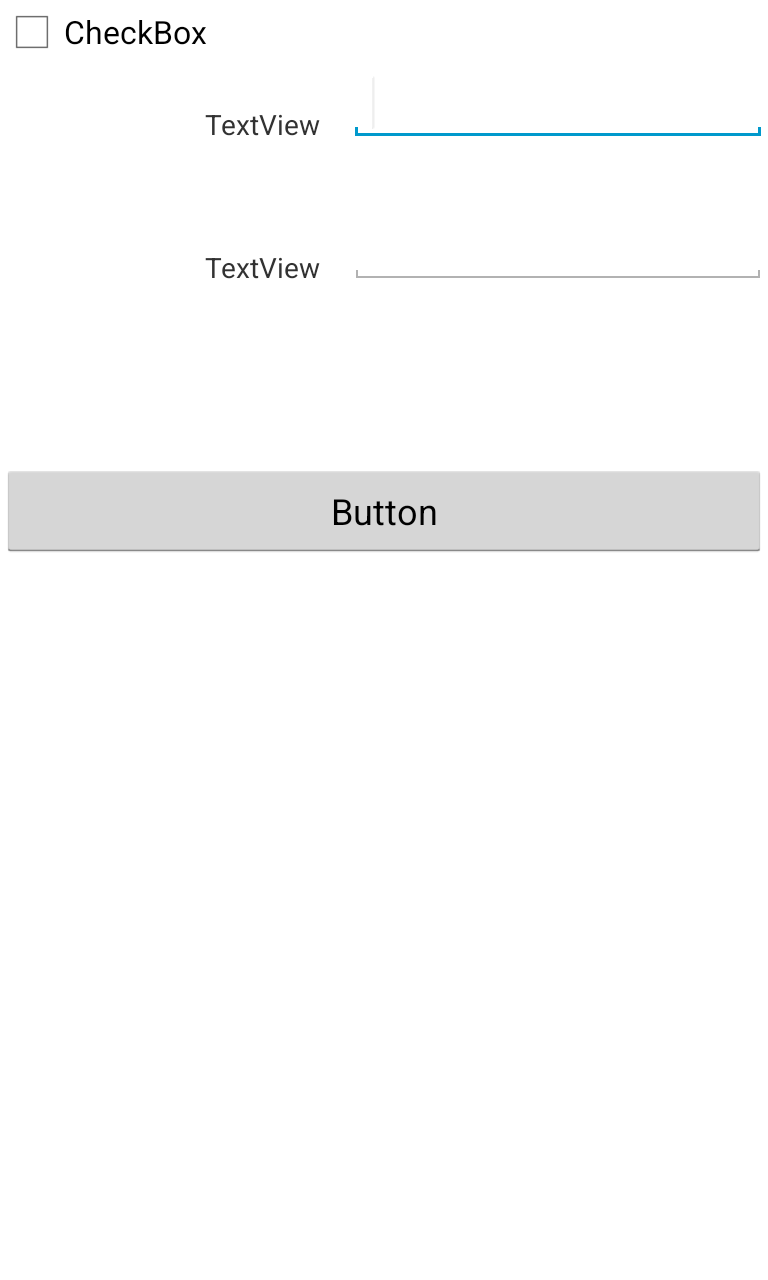
Repository: fengzixu/AndroidLearing
Layout: MyTestPrograme/AndroidDemo/res/layout/layout_save_login.xml
These files come from the project's save history. The layout is drawn as it stood at one moment and after the next save; the edit follows.
It is drawn on a 768 x 1280 px phone screen (xhdpi) without system bars, with theme AppTheme; the app's code is not run.

Above is the layout before, as saved 2015-05-06 14:23:42.

After the next save:
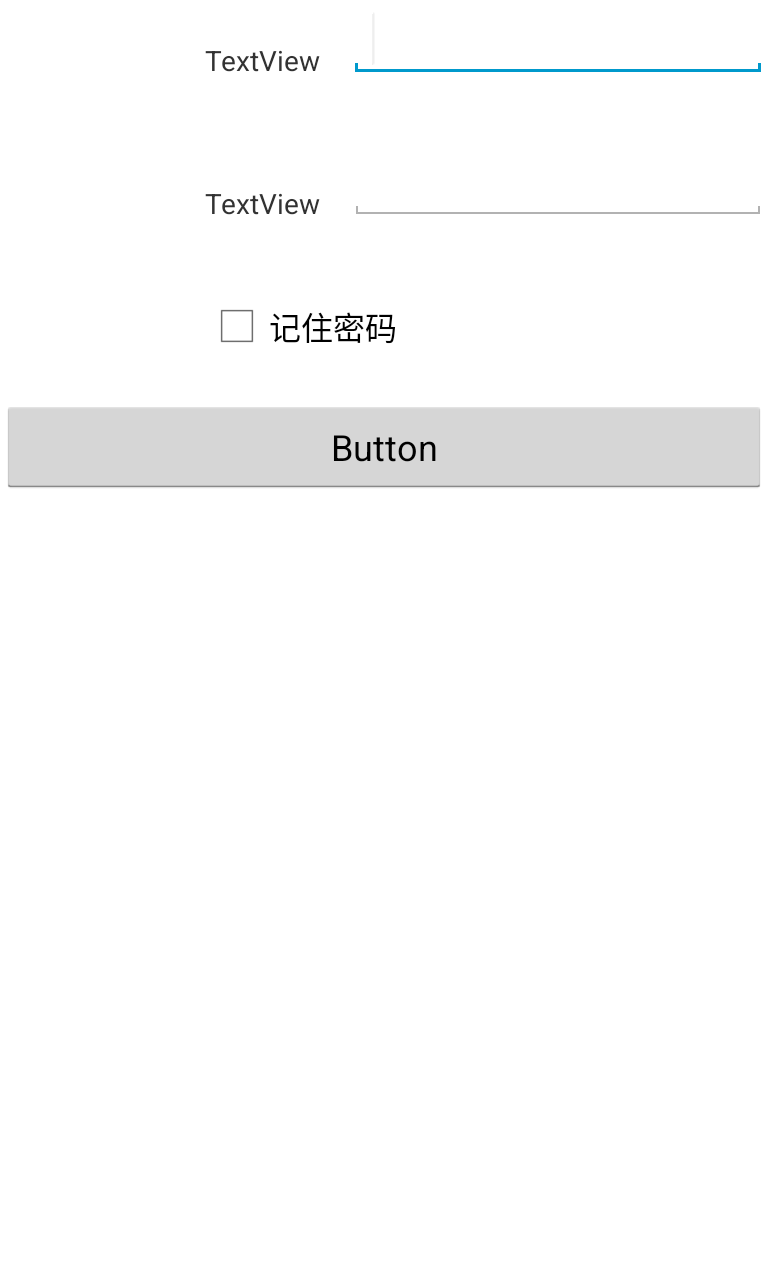
Saved 93 s later.
--- a/MyTestPrograme/AndroidDemo/res/layout/layout_save_login.xml
+++ b/MyTestPrograme/AndroidDemo/res/layout/layout_save_login.xml
@@ -25,7 +25,6 @@
         android:layout_width="wrap_content"
         android:layout_height="wrap_content"
         android:layout_alignParentRight="true"
-        android:layout_below="@+id/checkBox1"
         android:ems="10" >
 
         <requestFocus />
@@ -51,10 +50,12 @@
         android:text="TextView" />
 
     <CheckBox
-        android:id="@+id/checkBox1"
+        android:id="@+id/savelogin_checkBox1"
         android:layout_width="wrap_content"
         android:layout_height="wrap_content"
-
-        android:text="CheckBox" />
+        android:layout_alignLeft="@+id/savelogin_passwd_textView2"
+        android:layout_below="@+id/savelogin_passwd_textView2"
+        android:layout_marginTop="36dp"
+        android:text="记住密码" />
 
 </RelativeLayout>
